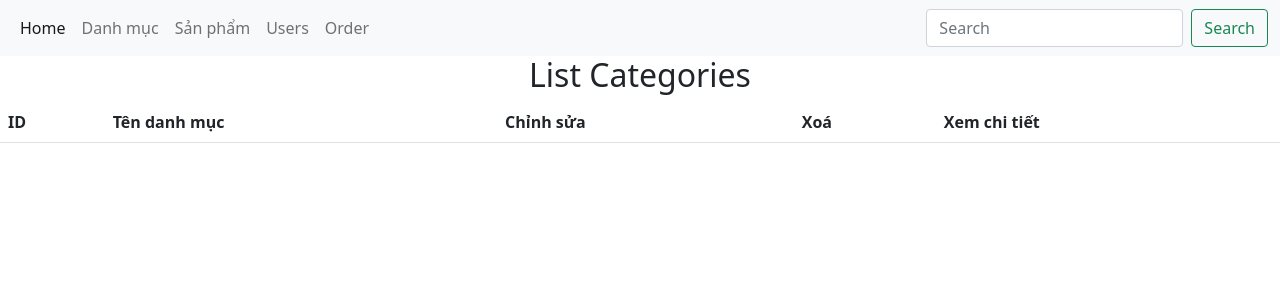
Repository: ThanhNghiadn03/Website-1-JSP-Servlet
Page: http://localhost/new-web-ban-sach/admin-home?action=categories
An editor plug-in stored every save of this project. The page is shown before and after the next save, followed by the edit.
The browser window is 1280 px wide. The pictures show the whole page.
The page is served by Tomcat 9. Queries for data that is not in the repository find no rows.

Above is the page before, as saved 2023-04-28 15:55:23.

After the next save:
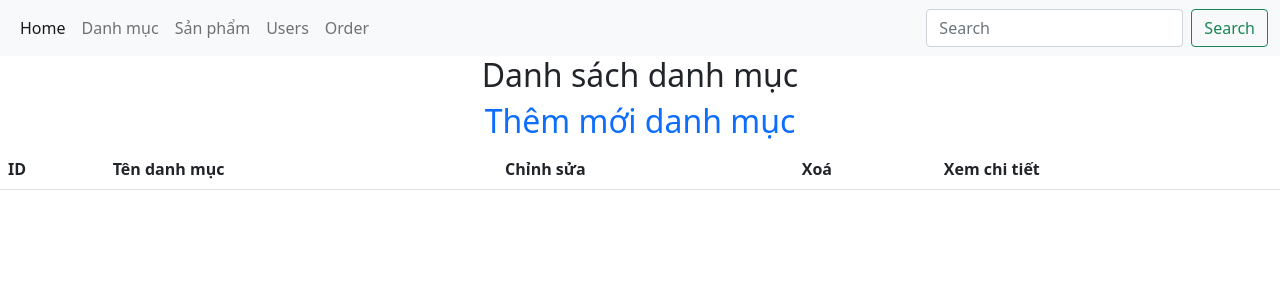
Saved 60 s later.
--- a/Project/new-web-ban-sach/src/main/webapp/views/admin/jsp-categories/categories.jsp
+++ b/Project/new-web-ban-sach/src/main/webapp/views/admin/jsp-categories/categories.jsp
@@ -48,7 +48,13 @@
 		</nav>
 	</div>
 	<center>
-			<h2 >List Categories</h2>
+			<h2 >Danh sách danh mục</h2>
+			<h2>
+				<a href="/admin-home?action=editCate&idCategory=${cate.idCategory}"
+						style="text-decoration: none">
+						Thêm mới danh mục
+				</a>
+			</h2>
 	</center>
 	<div>
 		<table class="table">
